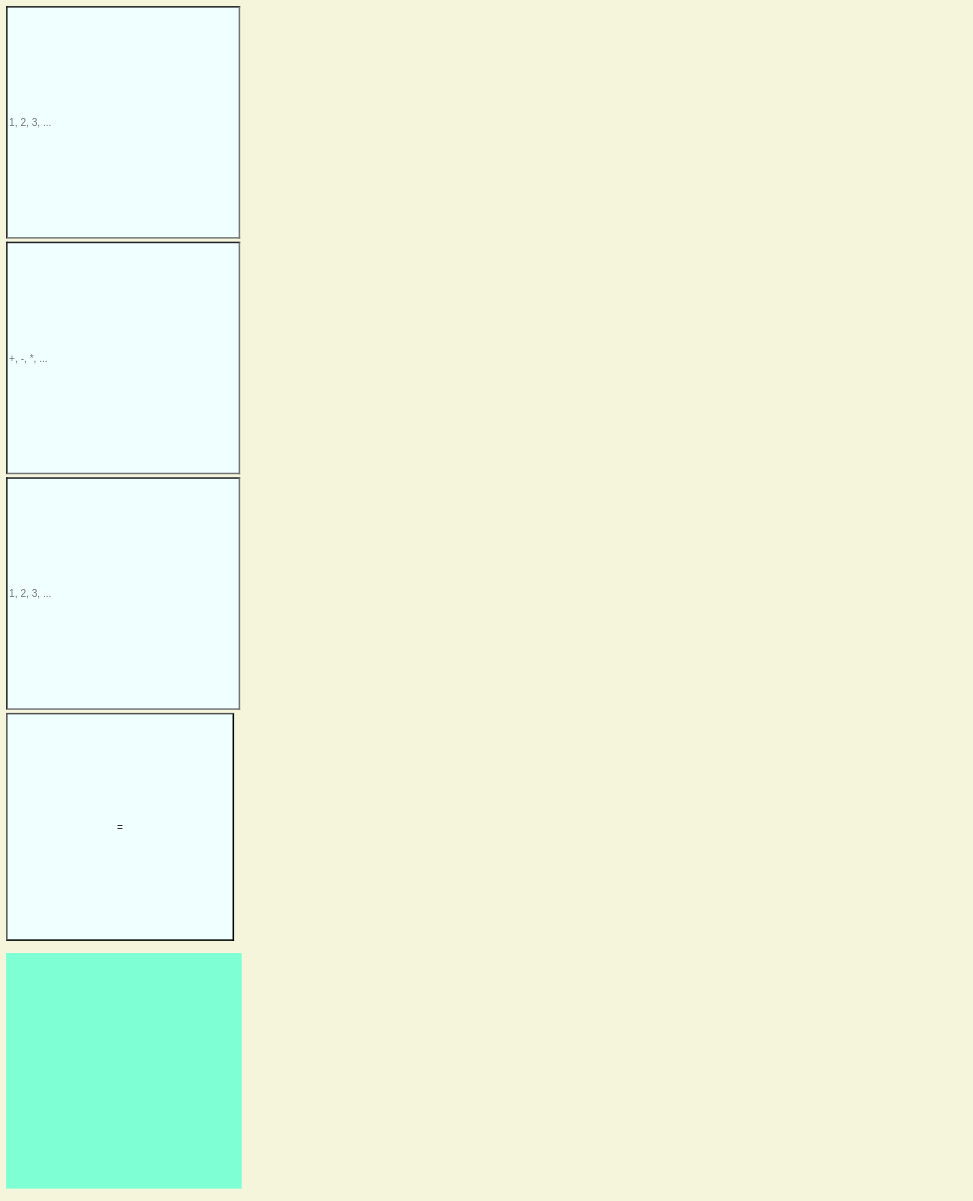
Repository: WesleyErasmus/threeInputCalculator
Page: html/if-calculator.html
The author's editor kept a copy of each file at every save. The page is drawn from the files as they stood at one save, then again after the next save.
The browser window is 1280 px wide. The pictures show the whole page, at 76% of full size.

Above is the page before, as saved 2022-04-27 22:04:45.

After the next save:
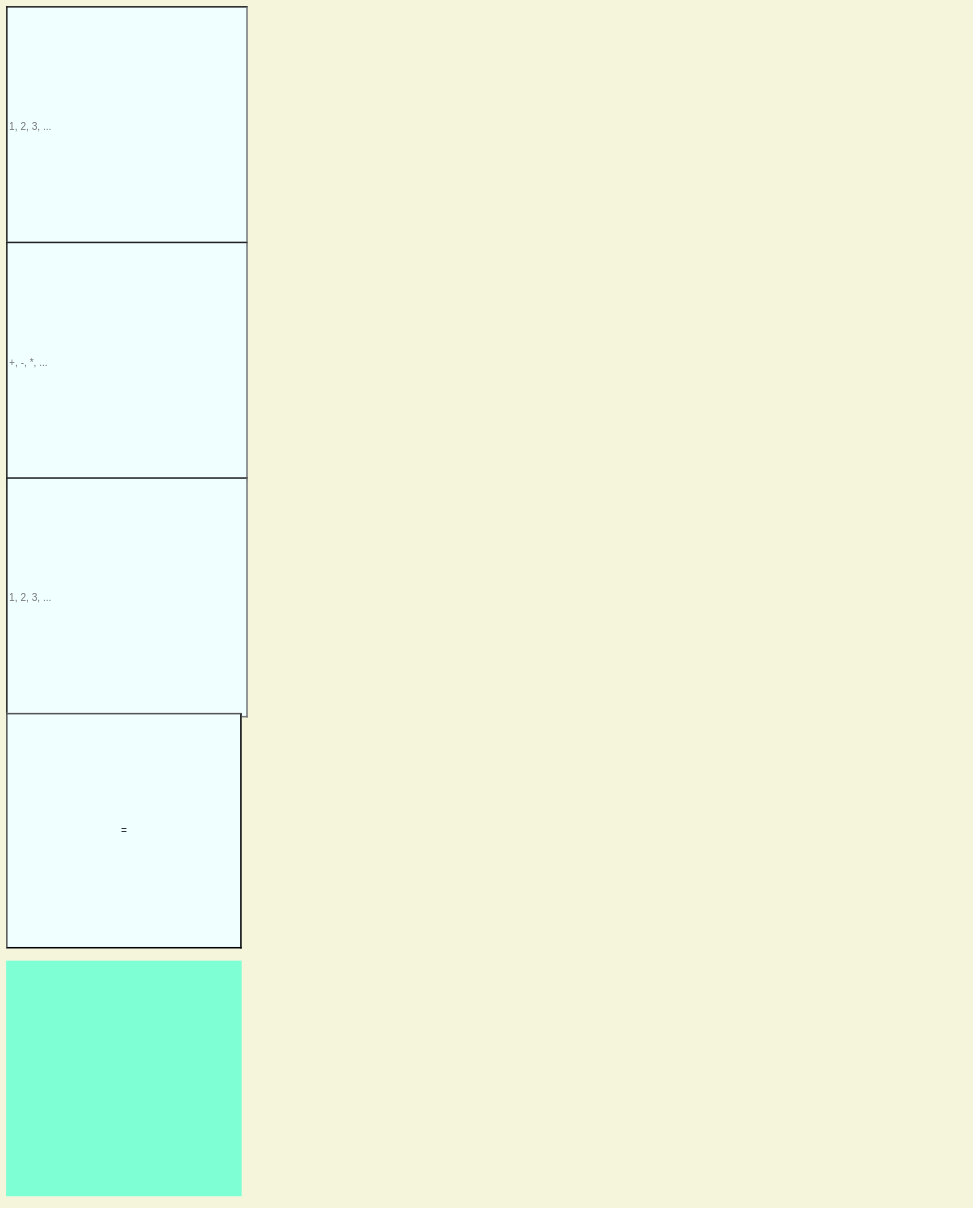
Saved 18 s later.
--- a/css/stylesheet.css
+++ b/css/stylesheet.css
@@ -5,8 +5,8 @@
 
 }
 input, button {
-    width: 300px;
-    height: 300px;
+    width: 310px;
+    height: 310px;
     background-color: azure;
 }
 .inputField {

After the save that followed:
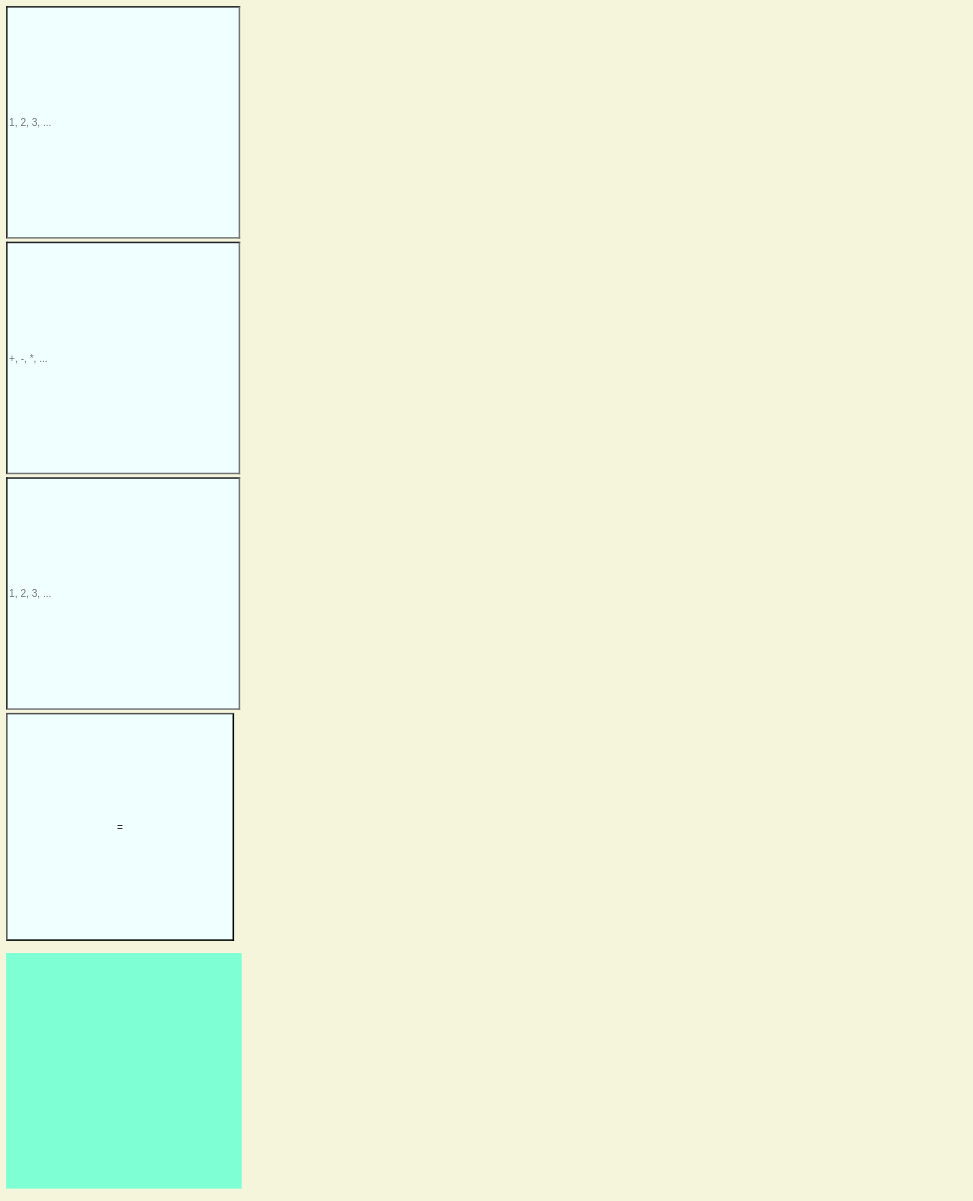
Saved 5 s later.
--- a/css/stylesheet.css
+++ b/css/stylesheet.css
@@ -5,8 +5,8 @@
 
 }
 input, button {
-    width: 310px;
-    height: 310px;
+    width: 300px;
+    height: 300px;
     background-color: azure;
 }
 .inputField {
